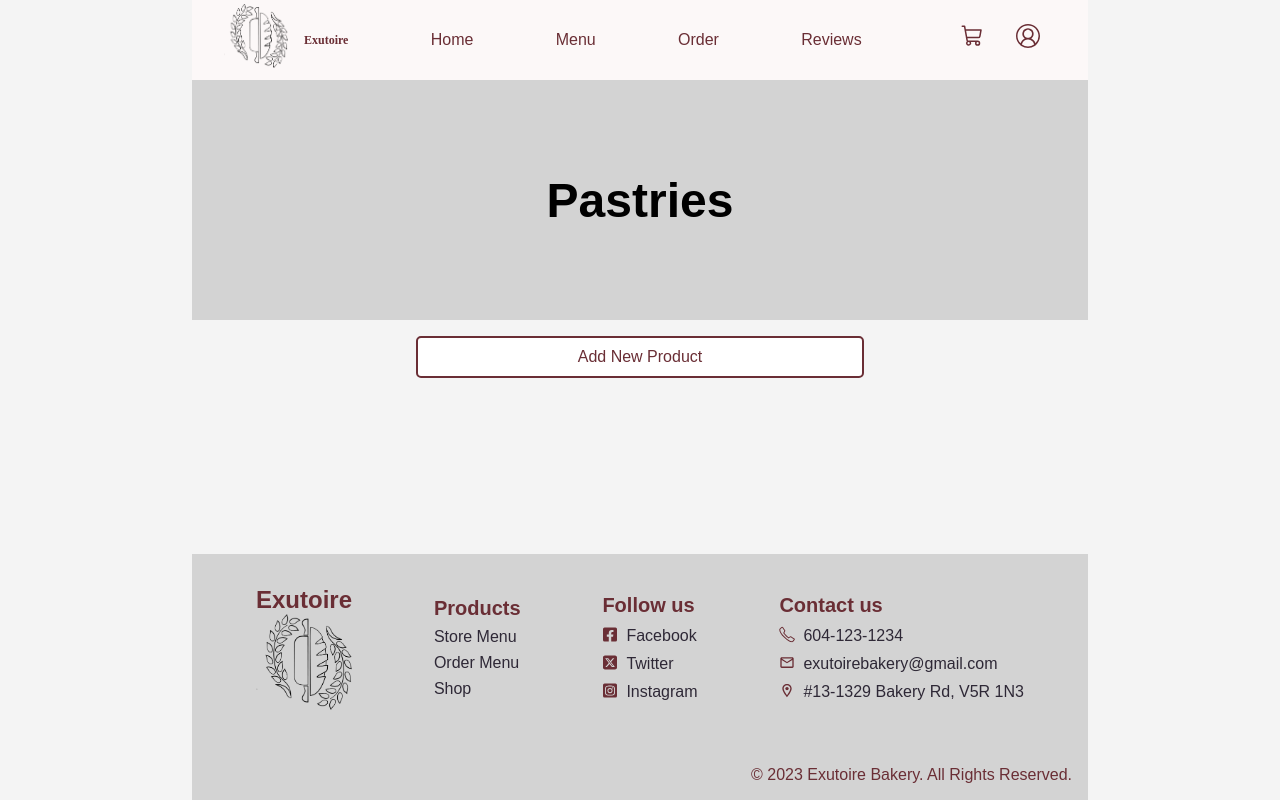
Repository: MelissaJacobi/COMP3170-final-proj
Page: /menu/drinks
These files come from the project's save history. The page is drawn as it stood at one moment and after the next save; the edit follows.
The browser window is 1280 px wide. The pictures show the whole page.
The project was rebuilt for these pictures with package versions that can differ from the ones it lists, and the page was loaded fresh each time. Also part of the build but not shown: vite.config.js, src/pages/ShoppingCart.module.css, src/components/ShoppingCartCard.module.css, src/components/ShoppingCartCard.jsx, src/components/OrderTotal.jsx, src/pages/ShoppingCart.jsx, src/pages/Profile.module.css, src/pages/Profile.jsx and 37 more.

Above is the page before, as saved 2024-11-11 11:16:02.

After the next save:
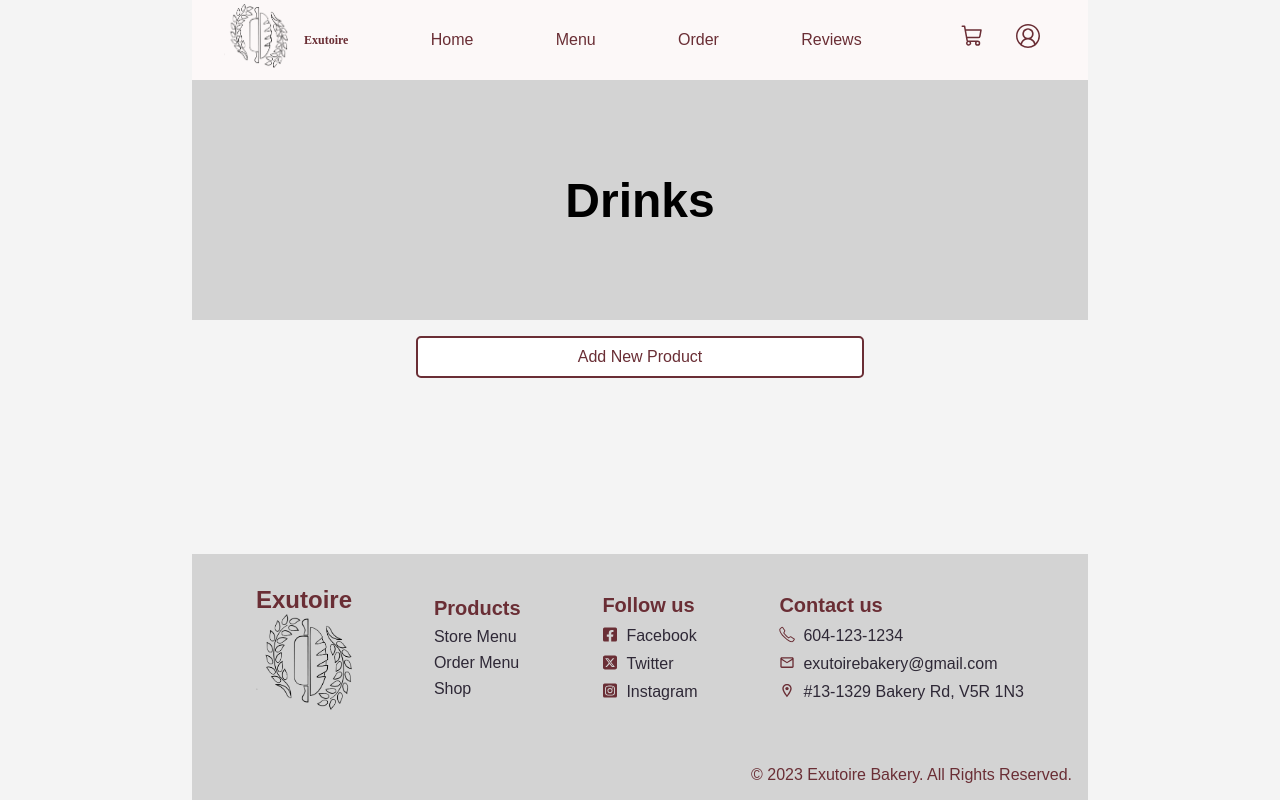
Saved 5 min 2 s later.
--- a/src/pages/Drinks.jsx
+++ b/src/pages/Drinks.jsx
@@ -46,7 +46,7 @@ export default function Drinks() {
   return (
     <div className={styles.container}>
       <div className={styles.banner}>
-        <h1>Pastries</h1>
+        <h1>Drinks</h1>
       </div>
 
       <button onClick={toggleFormVisibility} className={styles.toggleFormButton}>
